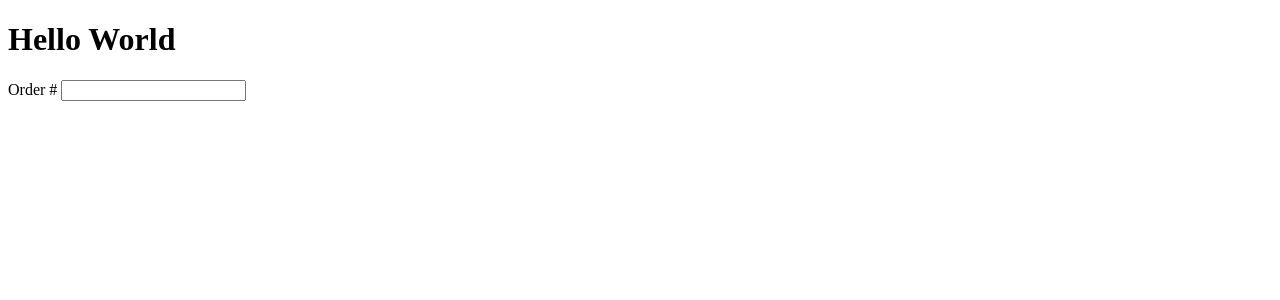
Repository: pmbyrd/rgp-catering
Page: index.html
These files come from the project's save history. The page is drawn as it stood at one moment and after a run of saves; the edit follows.
The browser window is 1280 px wide. The pictures show the whole page.

Above is the page before, as saved 2023-12-04 17:05:07.

### index.html
<!DOCTYPE html>
<html lang="en">
<head>
    <meta charset="UTF-8">
    <meta name="viewport" content="width=device-width, initial-scale=1.0">
    <title>Document</title>
</head>
<body>
    <h1>Hello World</h1>
    <form action="">
        <div class="details">

        <label for="order-id">Order #</label>
        <input type="text" id="order-id">

        </div>
    </form>
    <script src="index.js"></script>
</body>
</html>

Loaded but not shown: index.js (no stored copy; drawn as an empty file)

After the next 4 saves:
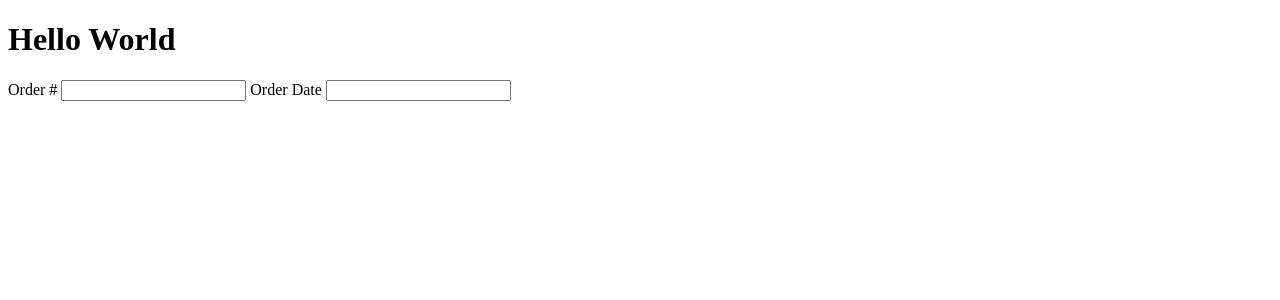
The 4 saves are shown as one change because they came seconds apart.
The last was saved 12 s later.
--- a/index.html
+++ b/index.html
@@ -12,7 +12,8 @@
 
         <label for="order-id">Order #</label>
         <input type="text" id="order-id">
-
+        <label for="order-date">Order Date</label>
+        <input type="text">
         </div>
     </form>
     <script src="index.js"></script>
